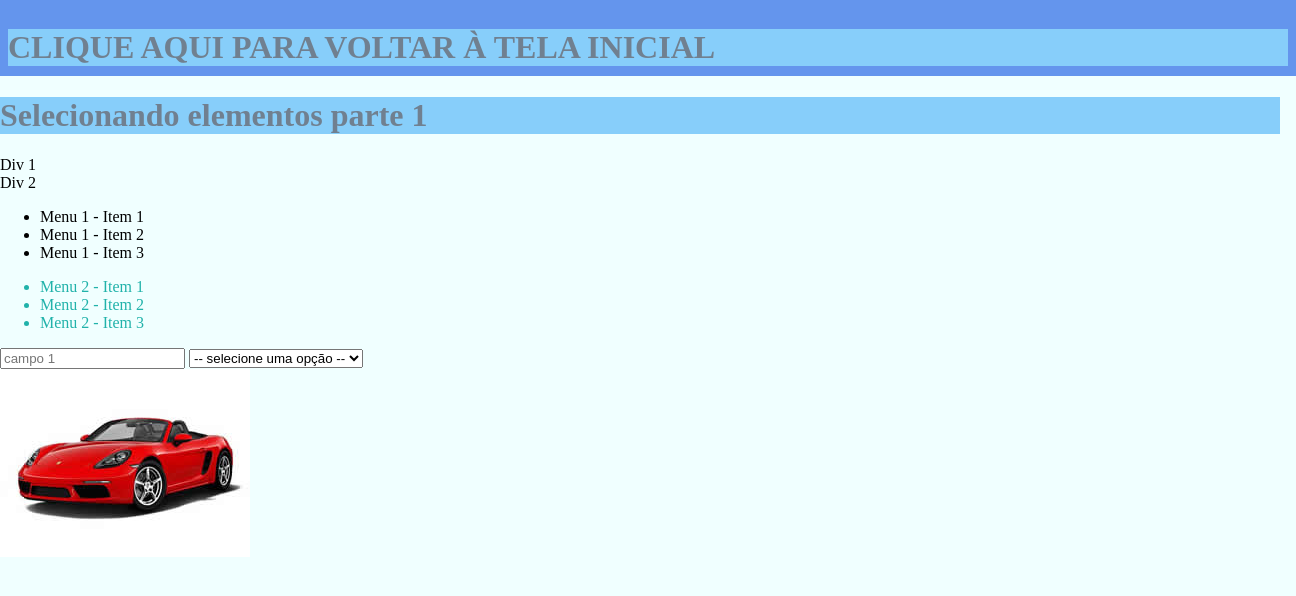
Repository: 2001mariana/jquery
Page: select-elements-part1.html
The author's editor kept a copy of each file at every save. The page is drawn from the files as they stood at one save, then again after a run of saves.
The browser window is 1280 px wide. The page is 1296 px wide, so the pictures cover 1296 px, including what lies to the right of the window. The pictures show the whole page.

Above is the page before, as saved 2022-08-04 15:13:52.

After the next 2 saves:
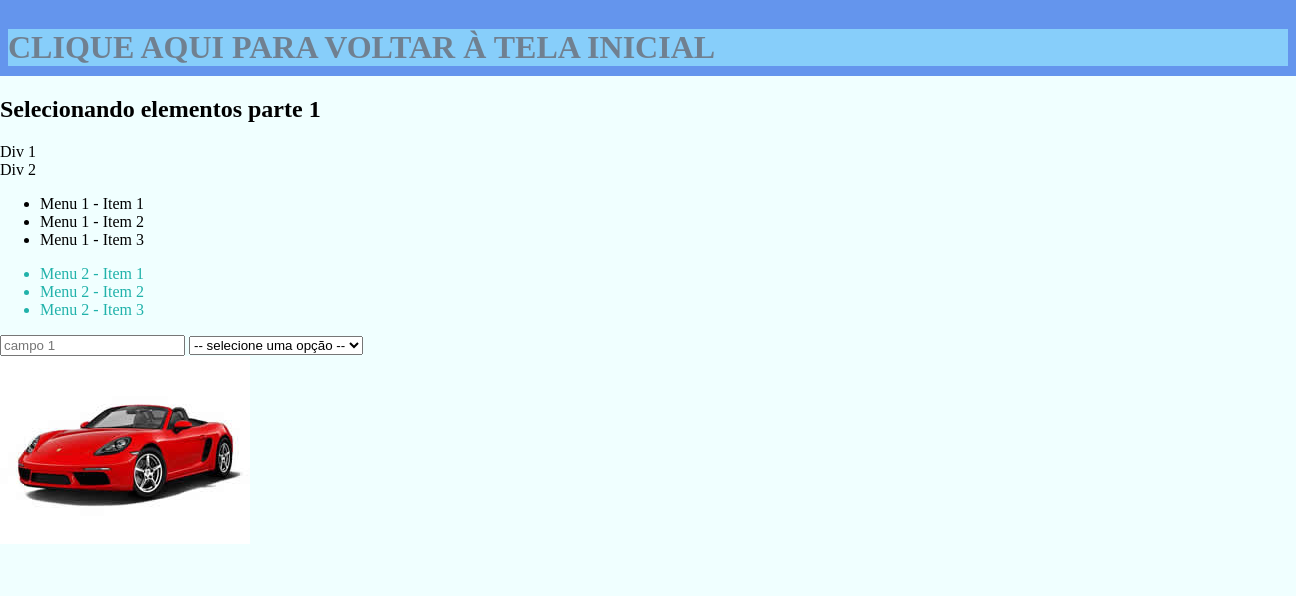
The 2 saves are shown as one change because they came seconds apart.
The last was saved 9 s later.
--- a/select-elements-part1.html
+++ b/select-elements-part1.html
@@ -16,7 +16,7 @@
 			<h1>Clique aqui para voltar à tela inicial</h1></a>
 	</div>
 
-    <h1 class="diversos2">Selecionando elementos parte 1</h1>
+    <h2 class="diversos2">Selecionando elementos parte 1</h2>
 
 		<div>Div 1</div>
 		<div class="diversos1">Div 2</div>
